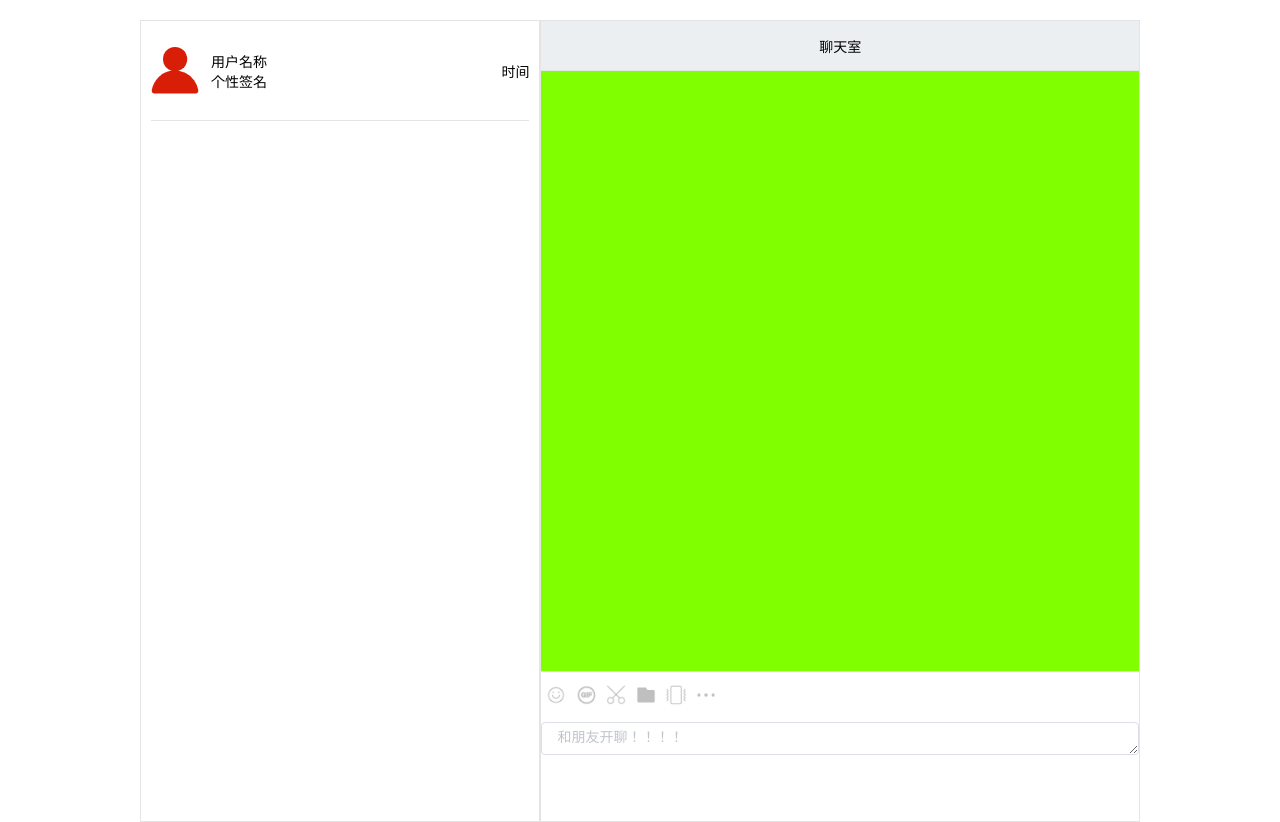
Repository: jinggegeZ/livechat
Page: /
These files come from the project's save history. The page is drawn as it stood at one moment and after the next save; the edit follows.
The browser window is 1280 px wide. The pictures show the whole page.
The project was rebuilt for these pictures with package versions that can differ from the ones it lists, and the page was loaded fresh each time.

Above is the page before, as saved 2020-08-17 12:58:34.

After the next save:
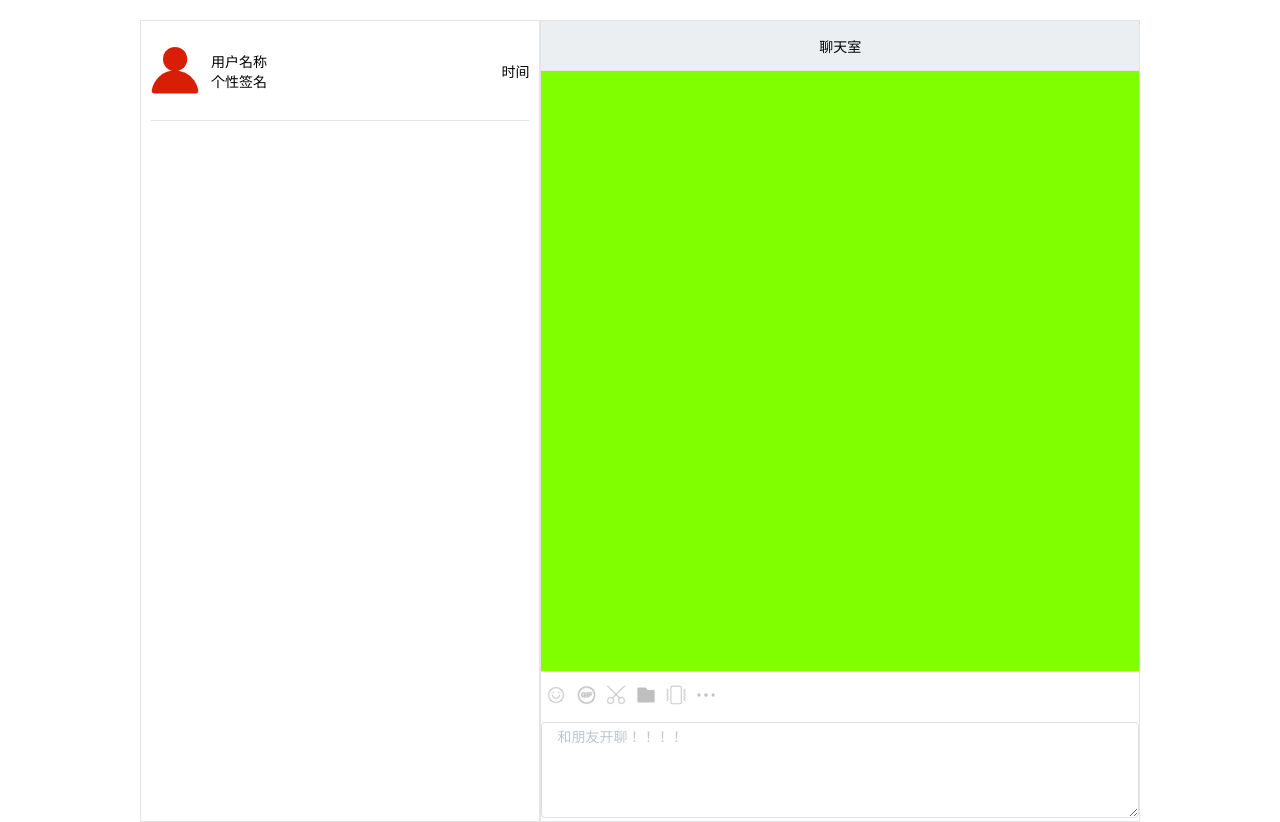
Saved 28 s later.
--- a/src/views/Home.vue
+++ b/src/views/Home.vue
@@ -55,7 +55,7 @@
                 type="textarea"
                 v-model="textarea"
                 placeholder="和朋友开聊！！！！"
-                autosize="{ minRows: 4, maxRows: 8}"
+                :autosize="{ minRows: 4, maxRows: 8}"
               ></el-input>
             </div>
           </div>
